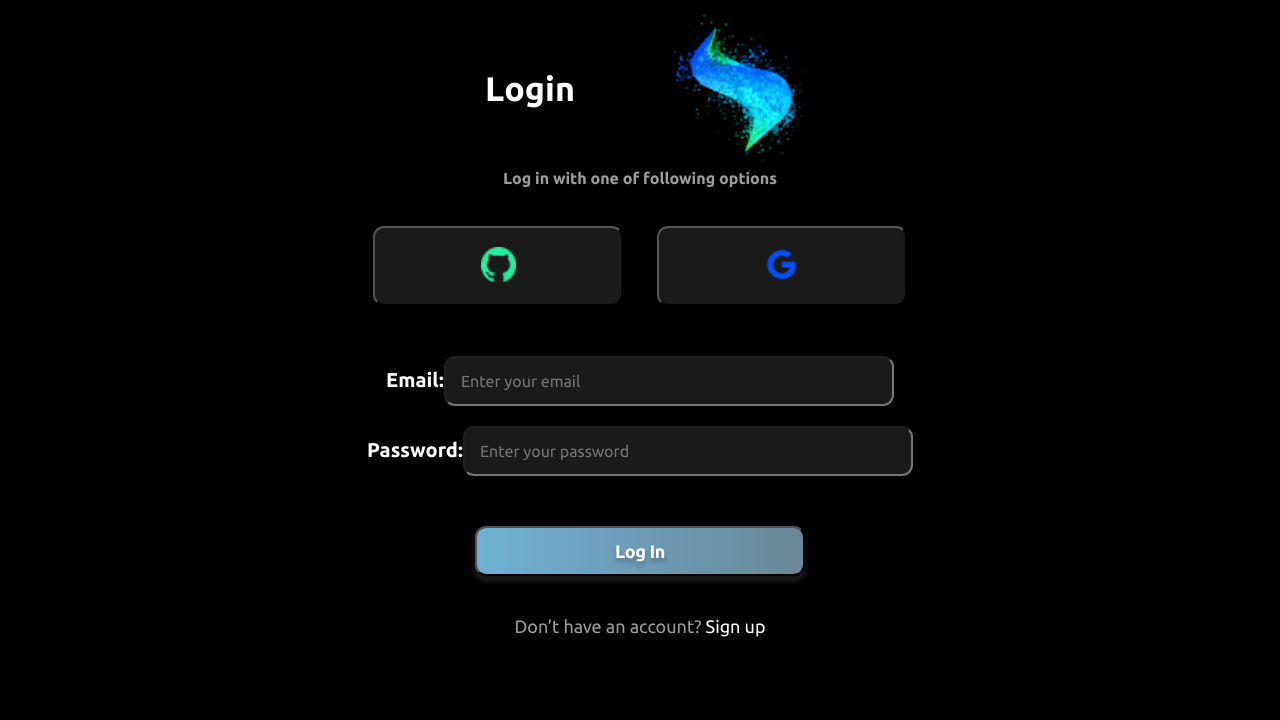
Repository: Cherced/QuanticFilms
Page: /login
An editor plug-in stored every save of this project. The page is shown before and after the next save, followed by the edit.
The browser window is 1280 px wide. The pictures show the whole page.
The page's requests for data from a server got no answer. The project was rebuilt for these pictures with package versions that can differ from the ones it lists, and the page was loaded fresh each time. The framework's server and built-in components were replaced by stand-ins that run in the browser. No one was signed in, and anything a server would have sent is missing. Also part of the build but not shown: components/atoms/HeaderFloat.jsx.

Above is the page before, as saved 2022-06-10 12:09:04.

### pages/_app.js
import '../sass/global.scss'
import {SessionProvider} from 'next-auth/react'



function MyApp({ Component, pageProps }) {
  return <SessionProvider>
            <Component {...pageProps} />
        </SessionProvider>
  }

export default MyApp

### pages/login.jsx
import React from 'react'
import { ButtonColors } from '../components/atoms/ButtonColors'
import { HeaderFloat } from '../components/atoms/HeaderFloat'
import {ButtonsAccesBySM} from '../components/molecules/ButtonsAccesBySM'
import { LoginForm } from '../components/molecules/LoginForm'
import  { useRouter } from 'next/router'
import {useSession, signIn } from 'next-auth/react'


const Login = () => {

  const { data: session, status } = useSession()
  const router = useRouter();

  if(status !== 'loading' && status === 'authenticated'){
      router.push('/home')
  }

  return (
    <div className="loginContainer">
         <div className="headerLogin">
           <h1>Login</h1>
        <img src="/images/brandLogoHeader.png" alt="BrandLogo"/>
        </div>
        <p className="parragaphAccount">Log in with one of following options</p>
        <ButtonsAccesBySM pathG={()=> signIn('github')} pathGO={()=> signIn('google')} img1={"/images/mac.png"} img2={"/images/google.png"} alt="mediaLink" />
        <LoginForm />
        <div className="principalButtonLogin">
        <ButtonColors path={"customization"} title="Log In" />
        <p className="parragaphAccountLogin">Don’t have an account? <a onClick={() => router.push("signUp")}>Sign up</a></p>
        </div>
    </div>
  )
}

export default Login

### sass/global.scss
@import "./vars";
@import "./components";
@import "./pages/start";
@import "./pages/login";
@import "./pages/signUp";
@import "./pages/costumization";
@import "./pages/home";
@import "./pages/account";

### components/atoms/ButtonColors.jsx
import React from 'react'
import { useRouter } from 'next/router'

export const ButtonColors = (props) => {
    const router = useRouter()
  return (
    <button onClick={() => router.push(`/${props.path}`)}>{props.title}</button>
  )
}

### components/molecules/ButtonsAccesBySM.jsx
import React from 'react'
import { ButtonAccount } from '../atoms/ButtonAccount'

export const ButtonsAccesBySM = (props) => {
  return (
    <div className="buttonsAccesBySM">
        <ButtonAccount path={props.pathG} img={props.img1} alt={props.alt} />
        <ButtonAccount path={props.pathGO} img={props.img2} alt={props.alt} />
    </div>
  )
}

### components/molecules/LoginForm.jsx
import React from 'react'
import { InputBasicAccont } from '../atoms/InputBasicAccont'

export const LoginForm = () => {
  return (
    <form className="formContainer">
        <InputBasicAccont titleForm="Email:" name="Email" placeholder="Enter your email" type="text" autoComplete="off" />
        <InputBasicAccont titleForm="Password:" placeholder="Enter your password" type="password" autoComplete="off" />
    </form>
  )
}

### sass/_vars.scss
@import url('https://fonts.googleapis.com/css2?family=Ubuntu:ital,wght@0,300;0,400;0,500;0,700;1,300;1,400;1,500;1,700&display=swap');

$FontTitle: 'Ubuntu', sans-serif;

*{
    margin: 0;
    padding: 0;
    box-sizing: border-box;
}

body{
    background: black;
}
// forms Position
.formContainer{
    margin-top: 25px;
    width: 100%;
    display: flex;
    flex-direction: column;
    align-items: center;

}

//pruebas::after

.pruebas{
    min-width: 100vw;
    min-height: 100vh;
    box-sizing: border-box;
    margin: auto;
    padding: 0px;
    display: flex;
    justify-content: center;
    align-items: center;
    flex-direction: column;
}

### sass/_components.scss
@import "./mixxins";
@import "./components/headerFloat";
@import "./components/buttonsAccesBySM";
@import "./components/inputBasicAccount";
@import "./components/welcomeAnimation";
@import "./components/FilterSearch";
@import "./components/buttonAddCategory";
@import "./components/sliderInfinite";
@import "./components/sliderSmallCase";
@import "./components/filterByOptions";
@import "./components/progressBar";
@import "./components/userInfo";
@import "./components/logOut";
@import "./components/footer";

### sass/_mixxins.scss
@mixin ButtonColors {
    button {
        width: 330px;
        height: 50px;
        background: linear-gradient(270deg, #000000, #15adff, #25ed9e, #313a35, #000000);
        background-size: 1000% 1000%;
        -webkit-animation: AnimationName 10s ease infinite;
        -moz-animation: AnimationName 10s ease infinite;
        animation: AnimationName 10s ease infinite;
        box-shadow: 0px 5px 4px 1px #1A1A1A, inset 0px 4px 4px 629px rgba(255, 255, 255, 0.4);
        border-radius: 11px;
        color: whitesmoke;
        font-family: $FontTitle;
        font-style: normal;
        font-weight: 700;
        font-size: 18px;
        line-height: 21px;
        letter-spacing: -0.02em;
        color: #FFFFFF;
        text-shadow: 0px 4px 4px rgba(0, 0, 0, 0.25);
    }

    @media screen and (max-width: 320px) {
        button {
            width: 280px;
        }
    }

    @media screen and (max-width: 320px) and (max-height: 372px) {
        button {
            width: 280px;
        }
    }

    @-webkit-keyframes AnimationName {
        0% {
            background-position: 0% 50%
        }

        50% {
            background-position: 100% 50%
        }

        100% {
            background-position: 0% 50%
        }
    }

    @-moz-keyframes AnimationName {
        0% {
            background-position: 0% 50%
        }

        50% {
            background-position: 100% 50%
        }

        100% {
            background-position: 0% 50%
        }
    }

    @keyframes AnimationName {
        0% {
            background-position: 0% 50%
        }

        50% {
            background-position: 100% 50%
        }

        100% {
            background-position: 0% 50%
        }
    }
}

### sass/components/_headerFloat.scss
.headerText {
    display: flex;
    align-items: center;
    height: 95px;
    padding: 20px 0 0 0;

    .headerNavText {
        margin: 0 20px;

        button {
            background-color: transparent;
            border-radius: 50px;
        }
    }

    h1 {
        font-family: 'Ubuntu';
        font-style: normal;
        font-weight: 700;
        font-size: 24px;
        line-height: 28px;
        /* identical to box height */


        color: #FFFFFF;

    }

    .BrandIcon {
        position: absolute;
        top: 10px;
        left: 226px;
        z-index: 1;
    }
}

.headerJustBack {
    display: flex;
    align-items: center;
    height: 55px;
    padding: 20px 0 0 0;

    .headerNavText {
        margin: 0 20px;

        button {
            background-color: transparent;
            border-radius: 50px;
        }
    }

    .BrandIcon {
        display: none;
    }
}

@media screen and (min-width: 375px) {
    .headerText {
        .BrandIcon {
            left: 210px;
        }
    }
}

### sass/components/_buttonsAccesBySM.scss
.buttonsAccesBySM {
    width: 100%;
    margin-top: 40px;
    display: flex;
    justify-content: space-evenly;

    button {
        width: 160px;
        height: 60px;
        background: rgba(255, 255, 255, 0.1);
        box-shadow: 0px 4px 4px rgba(0, 0, 0, 0.25);
        backdrop-filter: blur(4px);
        border-radius: 11px;
    }
}

@media screen and (max-width: 320px) {
    .buttonsAccesBySM {
        margin-top: 30px;
        justify-content: space-evenly;
        button {
            width: 140px;
        }
    }
}


@media screen and (min-width: 414px) {
    .buttonsAccesBySM {
        margin-top: 50px;
        justify-content: space-evenly;
        button {
            width: 180px;
            height: 70px;
            img{
                width: 30px;
            }
        }
    }
}


@media screen and (min-width: 768px) {
    .buttonsAccesBySM {
        margin-top: 80px;
        justify-content: space-evenly;
        button {
            width: 340px;
            height: 90px;
            img{
                width: 35px;
            }
        }
    }
}


@media screen and (min-width: 1024px) {
    .buttonsAccesBySM {
        margin-top: 40px;
        justify-content: space-evenly;
        width: 600px;
        button {
            width: 250px;
            height: 80px;
            img{
                width: 35px;
            }
        }
    }
}

### sass/components/_inputBasicAccount.scss
.inputBasicAccont {
    label {
        font-family: 'Ubuntu';
        font-style: normal;
        font-weight: 700;
        font-size: 18px;
        line-height: 21px;
        color: #FFFFFF;
        margin-top: 10px;
    }

    input {
        width: 330px;
        height: 40px;
        font-family: 'Ubuntu';
        font-style: normal;
        font-weight: 400;
        font-size: 14px;
        line-height: 16px;
        color: #FFFFFF;
        background: rgba(255, 255, 255, 0.1);
        box-shadow: 0px 4px 4px rgba(0, 0, 0, 0.25);
        backdrop-filter: blur(4px);
        border-radius: 11px;
        margin-top: 20px;
        padding-left: 15px;
    }

    .passwordInput {
        width: 330px;

        img {
            position: relative;
            right: -290px;
            top: -30px
        }

        input {
            width: 330px;
            height: 40px;
            font-family: 'Ubuntu';
            font-style: normal;
            font-weight: 400;
            font-size: 14px;
            line-height: 16px;
            color: #FFFFFF;
            background: rgba(255, 255, 255, 0.1);
            box-shadow: 0px 4px 4px rgba(0, 0, 0, 0.25);
            backdrop-filter: blur(4px);
            border-radius: 11px;
            margin-top: 20px;
            padding-left: 15px;
        }
    }
}

@media screen and (max-width: 320px) {
    .inputBasicAccont {
        input {
            width: 280px;
        }

        .passwordInput {
            width: 280px;

            img {
                position: relative;
                right: -245px;
                top: -30px
            }

            input {
                width: 280px;
            }
        }
    }

}


@media screen and (min-width: 414px) {
    .inputBasicAccont {
        input {
            width: 350px;
        }

        .passwordInput {
            width: 350px;

            img {
                position: relative;
                right: -310px;
                top: -30px
            }

            input {
                width: 350px;
            }
        }
    }

}


@media screen and (min-width: 768px) {
    .inputBasicAccont {
        label {
            margin-top: 20px;
            font-size: 20px;
        }

        input {
            width: 450px;
            height: 50px;
            font-size: 16px;
        }

        .passwordInput {
            width: 450px;

            img {
                position: relative;
                right: -400px;
                top: -35px
            }

            input {
                width: 450px;
                height: 50px;
                font-size: 16px;
            }
        }
    }
}

### sass/components/_FilterSearch.scss
.FilterSearch {
    width: 280px;
    height: 45px;
    box-shadow: 0px 4px 4px rgba(0, 0, 0, 0.25), 0px 4px 4px rgba(255, 255, 255, 0.25);
    border-radius: 18px;
    animation: shadownText 3s ease-in-out infinite;
    input {
        padding-left: 50px;
        width: 100%;
        height: 45px;
        background: #1A1A1A;
        box-shadow: 0px 4px 4px rgba(0, 0, 0, 0.25);
        backdrop-filter: blur(4px);
        border-radius: 22px;
        color: #FFFFFF;
    }

    button {
        width: 35px;
        height: 35px;
        position: relative;
        top: -40px;
        left: 10px;
        border-radius: 46px;

        img {
            background: #1A1A1A;
            width: 100%;
            height: 100%;
            border-radius: 20px;
        }

    }
}
@media screen and (min-width: 375px) {
    .FilterSearch{
        width: 300px;
    }

}


@media screen and (min-width: 768px) {
    .FilterSearch{
        width: 450px;
    }
}

### sass/components/_buttonAddCategory.scss
.PopularCategoriesContainer {
    width: 95%;
    height: auto;
    display: flex;
    flex-direction: row;
    flex-wrap: wrap;
    justify-content: space-evenly;

    .ButtonAddCategorie {
        display: flex;
        justify-content: space-evenly;
        align-items: center;
        width: auto;
        height: auto;
        background: #1A1A1A;
        box-shadow: 0px 4px 4px rgb(0 0 0 / 25%);
        border-radius: 30px;
        font-family: "Ubuntu", sans-serif;
        font-style: normal;
        font-weight: 500;
        font-size: 17px;
        line-height: 18px;
        text-align: center;
        letter-spacing: -0.165px;
        color: #FFFFFF;
        margin: 15px 0;
        padding: 5px;
        box-shadow: 0px 4px 4px rgba(0, 0, 0, 0.25), 0px 4px 4px rgba(255, 255, 255, 0.35);
        border-radius: 18px;
        animation: shadownText 10s ease-in-out infinite;
        img {
            padding-left: 20px;
        }

    }
}
@media screen and (min-width: 375px){
    .PopularCategoriesContainer{
        margin-top: 30px;
    }
}

@media screen and (min-width: 414px){
    .PopularCategoriesContainer{
        margin-top: 50px;
    }
}

### sass/components/_sliderInfinite.scss
.sliderInfiniteMoviesContainer {
    margin: 50px 0;
    width: 100%;
    max-width: 400px;
    overflow: hidden;

    .sliderContent {
        display: flex;
        width: 2000%;
        height: 400px;
        margin-left: -100%;
        .sliderContentItem__image {
            width: 100%;
            background: transparent;
            border: none;
            .sliderImg {
                display: block;
                width: 100%;
                height: 100%;
                object-fit: contain;
                border-radius: 200px;
            }
        }
    }

    .slider--BTN {
        position: relative;
        width: 40px;
        height: 40px;
        background: rgba(255, 255, 255, 0.7);
        top: 20px;
        transform: translateY(-50%);
        border-radius: 50%;
        cursor: pointer;
        z-index: 1;
        font-size: 30px;
        font-weight: bold;
        font-family: 'Ubuntu';
    }

    .slider--BTN:hover {
        background: rgba(255, 255, 255, 0.9);
    }

    .btn--lf {
        left: 50px;
    }

    .btn--rg {
        left: 250px;
    }
}

### sass/components/_filterByOptions.scss
.filterByOptionsContainer {
    width: 90%;
    display: flex;
    margin: 30px 0;


    .switchByOptions {
        background: transparent;
        border-radius: 50px;
        width: 32px;
        height: 32px;
        margin-left: 47%;
        transition: all 1.3s ease;
    }

    .filterSelectsThree {
        width: 0;
        display: flex;
        flex-direction: row;
        opacity: 0;
        justify-content: space-between;
        transition: 1s ease;
        .optionFilter {
            width: auto;
            height: 30px;
            padding: 0 8px;

            select {
                padding: 5px;
                border-radius: 30px;
                border: 1px solid transparent;
                width: 100%;
                height: 100%;
                color: #FFFFFF;
                background: #1A1A1A;
                box-shadow: 0px 4px 4px rgba(0, 0, 0, 0.25);
                animation: shadownText 5s ease-in-out infinite;
                background: #1A1A1A;
                box-shadow: 0px 4px 4px rgba(0, 0, 0, 0.25), inset 0px 4px 4px rgba(0, 0, 0, 0.25);
            }
        }

    }
}

### sass/components/_progressBar.scss

.container-bar {
	flex-direction: column;
	display: flex;
	align-items: center;
	justify-content: center;

}

.progress {
	background-color: rgba(37, 40, 54, 0.8);
	border-radius: 20px;
	position: relative;
	height: 43px;
	width: 308px;
    padding: 6px 8px 0 8px;
}

.progress-bar {
	background:#E7E1E1;
	border-radius: 20px;
	height: 30px;
	width: 0;
	transition: 1s ease 0.3s;
}

### sass/components/_userInfo.scss
.accountContent {
    padding: 0;
    margin: 0;
    width: 100%;
    height: 100%;
    margin-top: 20px;

    .userAvatar {
        display: flex;
        flex-direction: column;
        align-items: center;
        justify-content: center;

        img {
            width: 250px;
            height: 250px;
            border-radius: 50%;
            margin-bottom: 20px;
            object-fit: cover;
            box-shadow: 0px 5px 4px 1px #1A1A1A, inset 0px 4px 4px 629px rgba(255, 255, 255, 0.4);
        }

        h1 {
            color: #FFFFFF;
            font-family: 'Ubuntu';
            animation: shadownText 3s ease-in-out infinite;
        }

    }
}

### sass/components/_logOut.scss
.logOut{
    display: flex;
    flex-direction: row;
    align-items: center;
    justify-content: center;
    width: 300px;
    height: 100px;
    h1{
        margin-bottom: 30px;
        color: #FFFFFF;
        font-family: 'Ubuntu';
        animation: shadownText 3s ease-in-out infinite;
    }
    img{
        padding: 10px;
    }
}

### sass/components/_footer.scss
.footerContainer{
    margin-top: 35px;
    width: 100%;
    height: 70px;
    border-radius: 50px 50px 0 0;
    background-color: #1A1A1A;
    display: flex;
    justify-content: space-evenly;
    align-items: center;
    button{
        width: 40px;
        height: 40px;
        background-color: #1A1A1A;
        border-radius: 50%;
    }
}

### sass/pages/_costumization.scss
.customizationContainer {
    width: 100%;
    background-color: black;
    display: flex;
    flex-direction: column;
    align-items: center;
    color: white;

    .titleSelects {
        width: 100%;
        height: 50px;
        display: flex;
        align-items: flex-start;
        flex-direction: column;
        font-family: 'Ubuntu', sans-serif;
        font-style: normal;
        font-weight: 700;
        font-size: 20px;
        line-height: 18px;
        text-align: center;
        letter-spacing: -0.165px;
        color: #FFFFFF;
        padding-left: 30px;
        margin: 30px 0 5px 0;
    }

    .textIntroContainer {
        display: flex;
        justify-content: center;
        flex-direction: column;
        margin-top: 40px;

        h1 {
            color: white;
            font-family: 'Ubuntu';
            font-style: normal;
            font-weight: 700;
            font-size: 20px;
            line-height: 18px;
            text-align: center;
            letter-spacing: -0.165px;
            color: #FFFFFF;
            animation: shadownText 3s ease-in-out infinite;
        }


        .parragaphAccount {
            color: #9C9C9C;
            font-style: normal;
            font-weight: 400;
            font-size: 13px;
            line-height: 15px;
            font-family: 'Ubuntu', sans-serif;
            font-weight: bold;
            margin-top: 20px;
            padding: 20px 40px;
            text-align: center;
        }
    }

    .PopularActorsContainer {
        width: 100%;
        overflow-y: hidden;
        overflow-x: scroll;
        scroll-behavior: smooth;
        display: flex;
        flex-direction: row;
        align-items: center;
        justify-content: flex-start;

        .AutorShowerCard {
            height: 170px;
            margin: 0 20px;
            display: flex;
            flex-direction: column;
            align-items: center;
            justify-content: space-evenly;

            img {
                object-fit: cover;
                width: 79px;
                height: 79px;
                border-radius: 50%;
            }

            p {
                height: 40px;
                font-family: 'Ubuntu', sans-serif;
                font-style: normal;
                font-weight: 300;
                font-size: 12px;
                line-height: 18px;
                text-align: center;
                letter-spacing: -0.165px;
                color: #FFFFFF;
            }
        }
    }

    .nextButton {
        position: relative;
        right: -120px;
        margin: 25px 0;
        width: 65px;
        height: 65px;
        background: transparent;
        border-radius: 50%;
        background-image: url("../../public/images/next.png");
        background-size: cover;
        background-position: center;
        background-repeat: no-repeat;
        cursor: pointer;
    }

}

@media screen and (min-width: 390px) {
    .customizationContainer {
        .textIntroContainer {
            margin-top: 50px;
        }
    }
}

@media screen and (min-width: 414px) {
    .customizationContainer {
        .titleSelects {
            margin: 60px 0 10px;
        }

        .nextButton {
            margin: 20px;
        }
    }
}


@media screen and (min-width: 768px) {
    .customizationContainer {
        padding: 0 100px;

        .nextButton {
            right: -260px;
            margin: 30px;
        }
    }
}

### sass/pages/_home.scss
.homeContainer {
    display: flex;
    flex-direction: column;
    align-items: center;
    justify-content: space-evenly;
    min-height: 100vh;
    width: 100%;

    .headerHome{
        width: 100%;
        height: 120px;
        display: flex;
        align-items: center;
        justify-content: center;
        background-color: #1A1A1A;
        border-radius: 0 0 50px 50px;
        margin-bottom: 50px;
        animation: shadownText 3s ease-in-out infinite;
        .BRANDLOGO {
            z-index: 2;
            width: 120px;
            height: 120px;
        }

    }

}

### sass/pages/_account.scss
.accountContainer {
    min-height: 100vh;
    width: 100%;
    display: flex;
    flex-direction: column;
    align-items: center;
    justify-content: flex-start;

    .userOptions {
        display: flex;
        flex-direction: column;
        align-items: center;
        justify-content: center;
        @include ButtonColors;
        margin-top: 20px;

        :nth-child(2) {
            margin-top: 20px;
        }

        .container-bar {
            font-family: 'Ubuntu';
            font-style: normal;
            font-weight: 300;
            font-size: 15px;
            line-height: 18px;
            color: #FFFFFF;
            margin-top: 20px;

            p {
                margin-bottom: 5px;
            }

        }

        animation: shadownText 3s ease-in-out infinite;
    }

}

### components/atoms/ButtonAccount.jsx
import React from 'react'
import { useRouter } from 'next/router'

export const ButtonAccount = (props) => {
    const router = useRouter()
  return (
    <button onClick={props.path} > <img src={props.img} alt={props.alt} /></button>
  )
}

### components/atoms/InputBasicAccont.jsx
import React from 'react'

export const InputBasicAccont = (props) => {
  return (
    <div className="inputBasicAccont">
        <label>{props.titleForm}</label>
        {

        props.password ?
        (
        <div className="passwordInput">
        <input type={props.type} name={props.name} placeholder={props.placeholder} autoComplete={props.autoComplete} />
        <img src="/images/checkedPassword.png" alt="icon-check"/>
        </div>
        ) :
        (
        <input type={props.type} name={props.name} placeholder={props.placeholder} autoComplete={props.autoComplete}  />
        )
        }
    </div>
  )
}

Loaded but not shown: sass/components/_welcomeAnimation.scss (782 lines, source omitted); sass/pages/_signUp.scss (511 lines, source omitted); sass/pages/_login.scss (293 lines, source omitted); sass/pages/_start.scss (196 lines, source omitted); sass/components/_sliderSmallCase.scss (158 lines, source omitted)

After the next save:
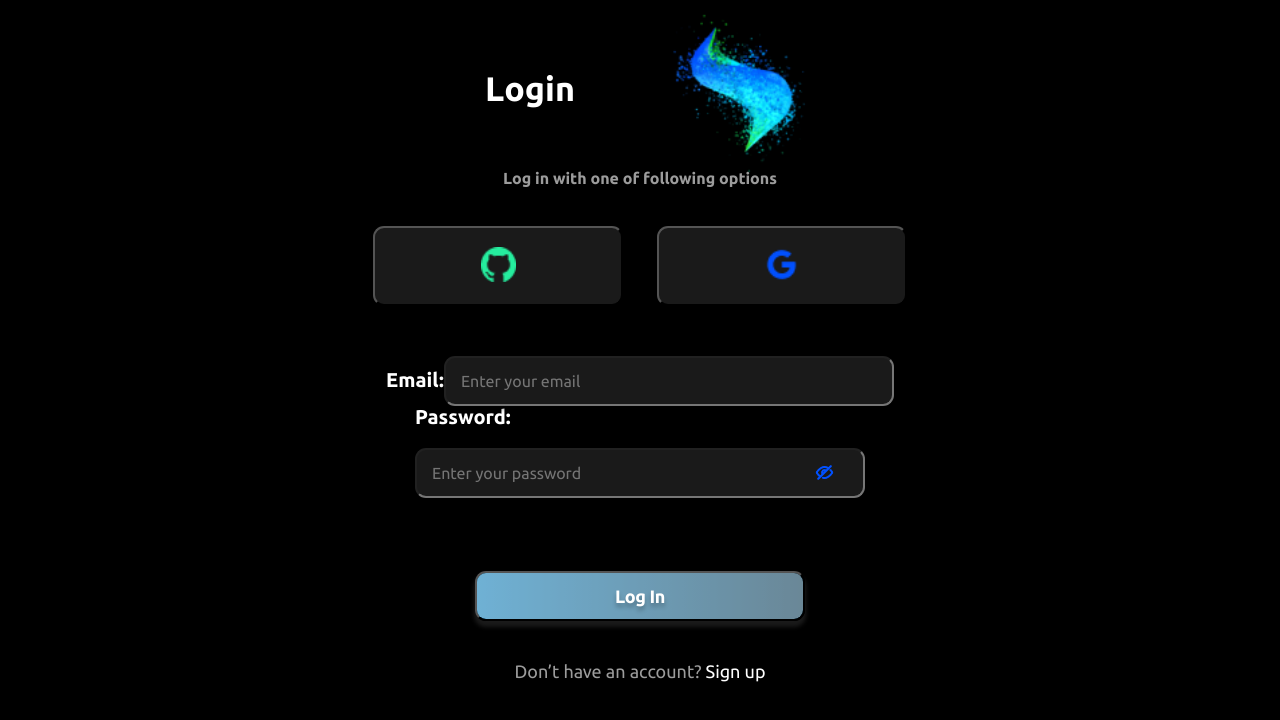
Saved 38 s later.
--- a/components/molecules/LoginForm.jsx
+++ b/components/molecules/LoginForm.jsx
@@ -5,7 +5,7 @@ export const LoginForm = () => {
   return (
     <form className="formContainer">
         <InputBasicAccont titleForm="Email:" name="Email" placeholder="Enter your email" type="text" autoComplete="off" />
-        <InputBasicAccont titleForm="Password:" placeholder="Enter your password" type="password" autoComplete="off" />
+        <InputBasicAccont password={true} titleForm="Password:" placeholder="Enter your password" type="password" autoComplete="off" />
     </form>
   )
 }
